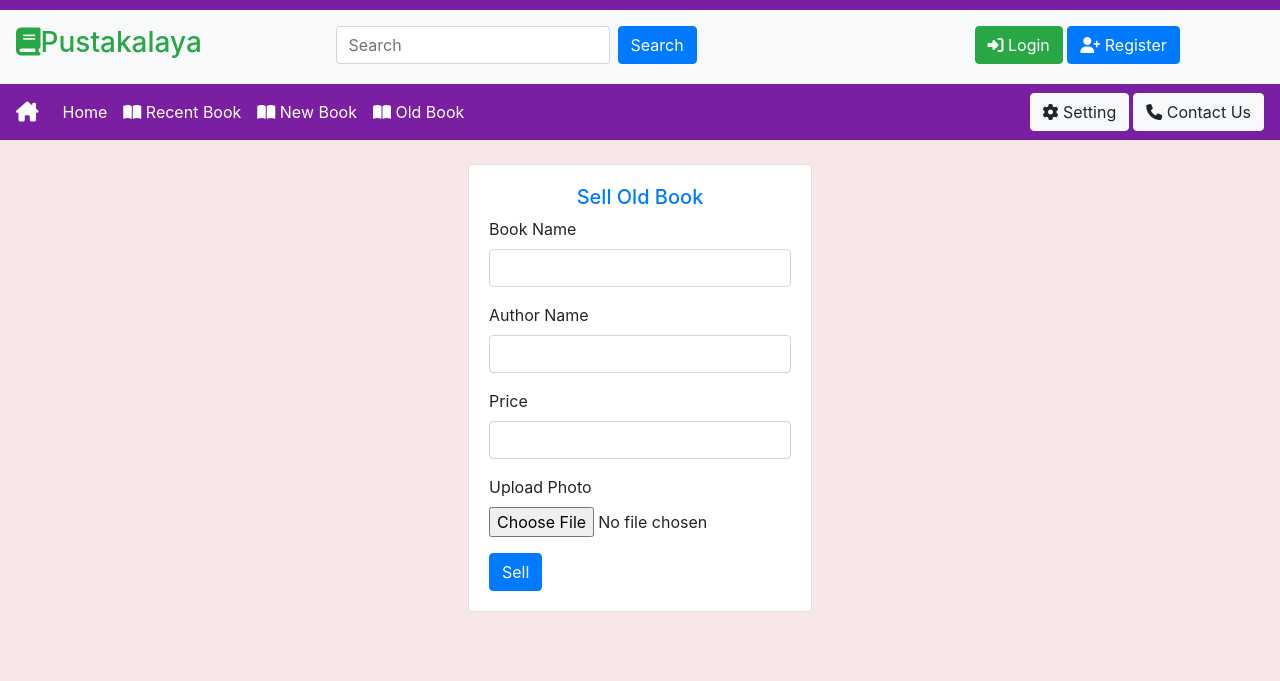
Repository: kalaprabhakar/Pustakalay_Web_Application
Page: http://localhost/E_Book_Management/sell_book.jsp
The author's editor kept a copy of each file at every save. The page is drawn from the files as they stood at one save, then again after the next save.
The browser window is 1280 px wide. The pictures show the whole page.
Some web libraries are served in a nearby version. The page is served by Tomcat 10. Nobody is signed in. The application's start-up code is not run.

Above is the page before, as saved 2024-02-28 15:36:13.

After the next save:
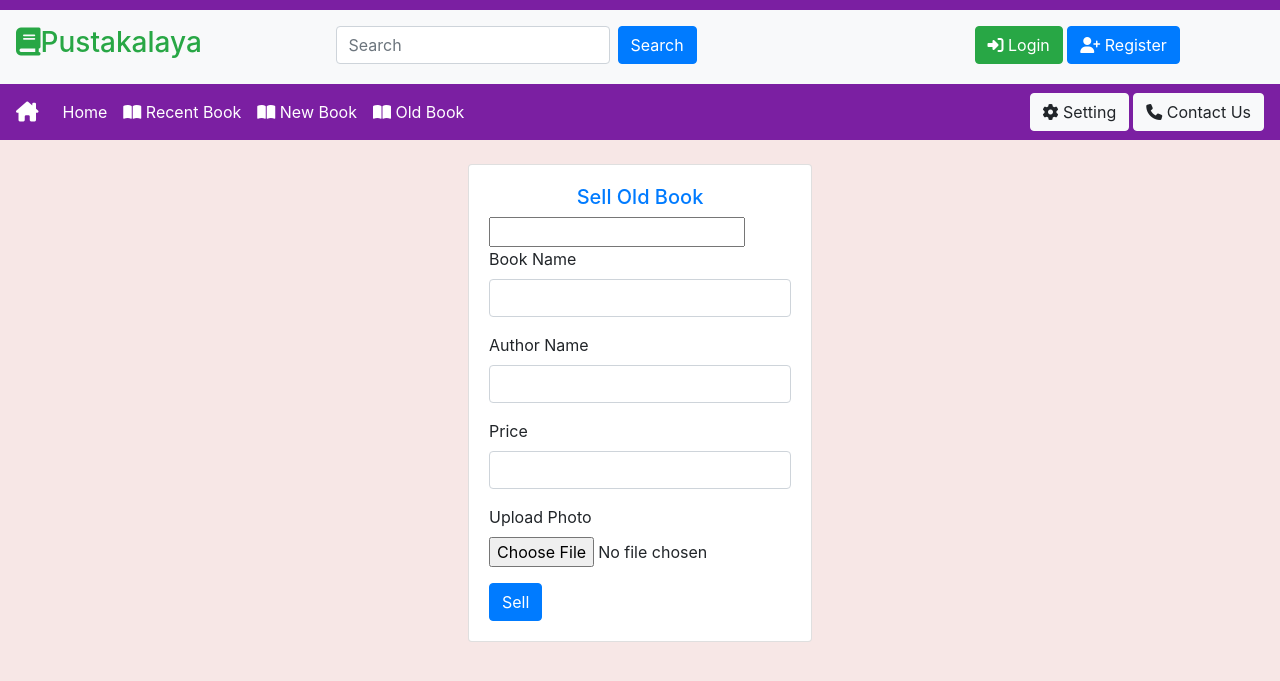
Saved 7 min 38 s later.
--- a/E_Book_Management/src/main/webapp/sell_book.jsp
+++ b/E_Book_Management/src/main/webapp/sell_book.jsp
@@ -17,6 +17,7 @@
 					<div class="card-body">
 					<h5 class="text-center text-primary">Sell Old Book</h5>
 						<form method="post" action="" enctype="multipart/form-data">
+						<input type ="text" name="email" value="${userobj.name }">
 							<div class="form-group">
 								<label for="exampleInputEmail1">Book Name </label> <input
 									type="text" class="form-control" id="exampleInputEmail1"

After the 2 saves that followed:
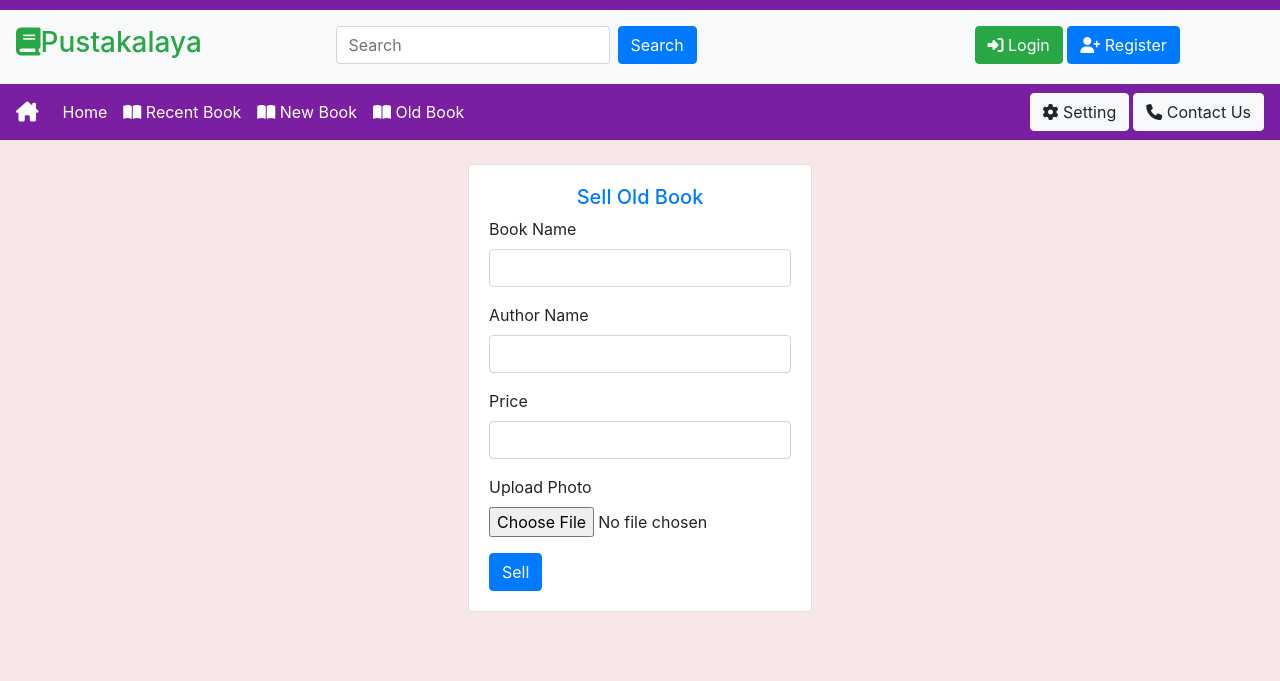
The 2 saves are shown as one change because 1 left the picture as it was.
The last was saved 59 s later.
--- a/E_Book_Management/src/main/webapp/sell_book.jsp
+++ b/E_Book_Management/src/main/webapp/sell_book.jsp
@@ -17,7 +17,7 @@
 					<div class="card-body">
 					<h5 class="text-center text-primary">Sell Old Book</h5>
 						<form method="post" action="" enctype="multipart/form-data">
-						<input type ="text" name="email" value="${userobj.name }">
+						<input type ="hidden" name="email" value="${userobj.email }">
 							<div class="form-group">
 								<label for="exampleInputEmail1">Book Name </label> <input
 									type="text" class="form-control" id="exampleInputEmail1"
